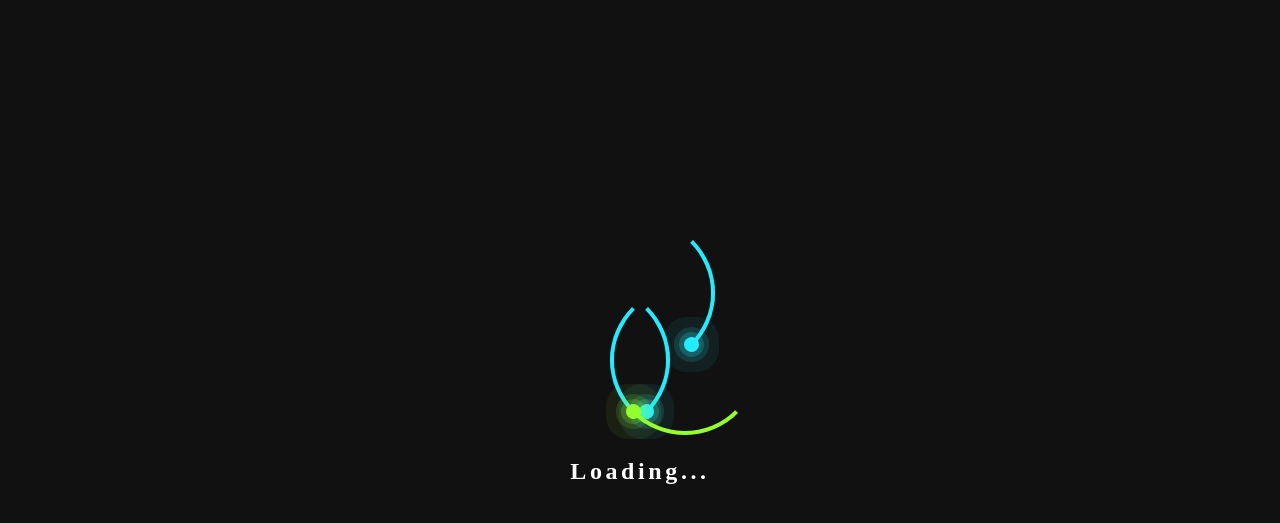
Repository: kiranjeetkaur01/csseffect.github.io
Page: index.html
These files come from the project's save history. The page is drawn as it stood at one moment and after the next save; the edit follows.
The browser window is 1280 px wide. The pictures show the whole page.

Above is the page before, as saved 2023-09-08 12:12:53.

After the next save:
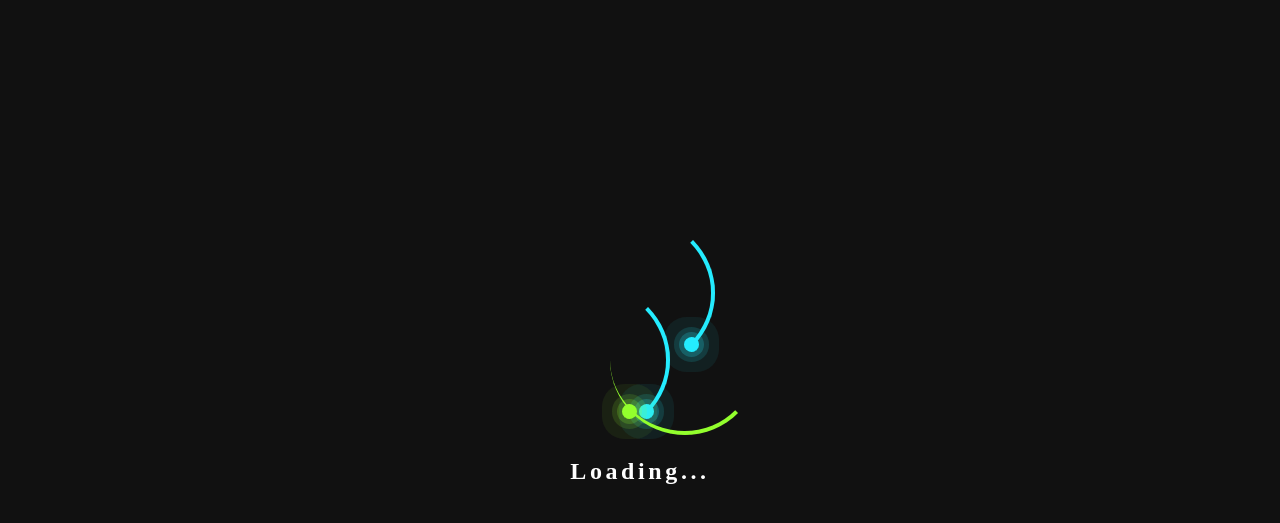
Saved 4 s later.
--- a/style.css
+++ b/style.css
@@ -57,7 +57,7 @@
 .container .ring:nth-child(2){
 animation: animate2 4s linear infinite;
 border-left: 4px solid #93ff2d;
-border
+border-top: transparent;
 }
 .container .ring:nth-child(2)::before{
     position: absolute;
